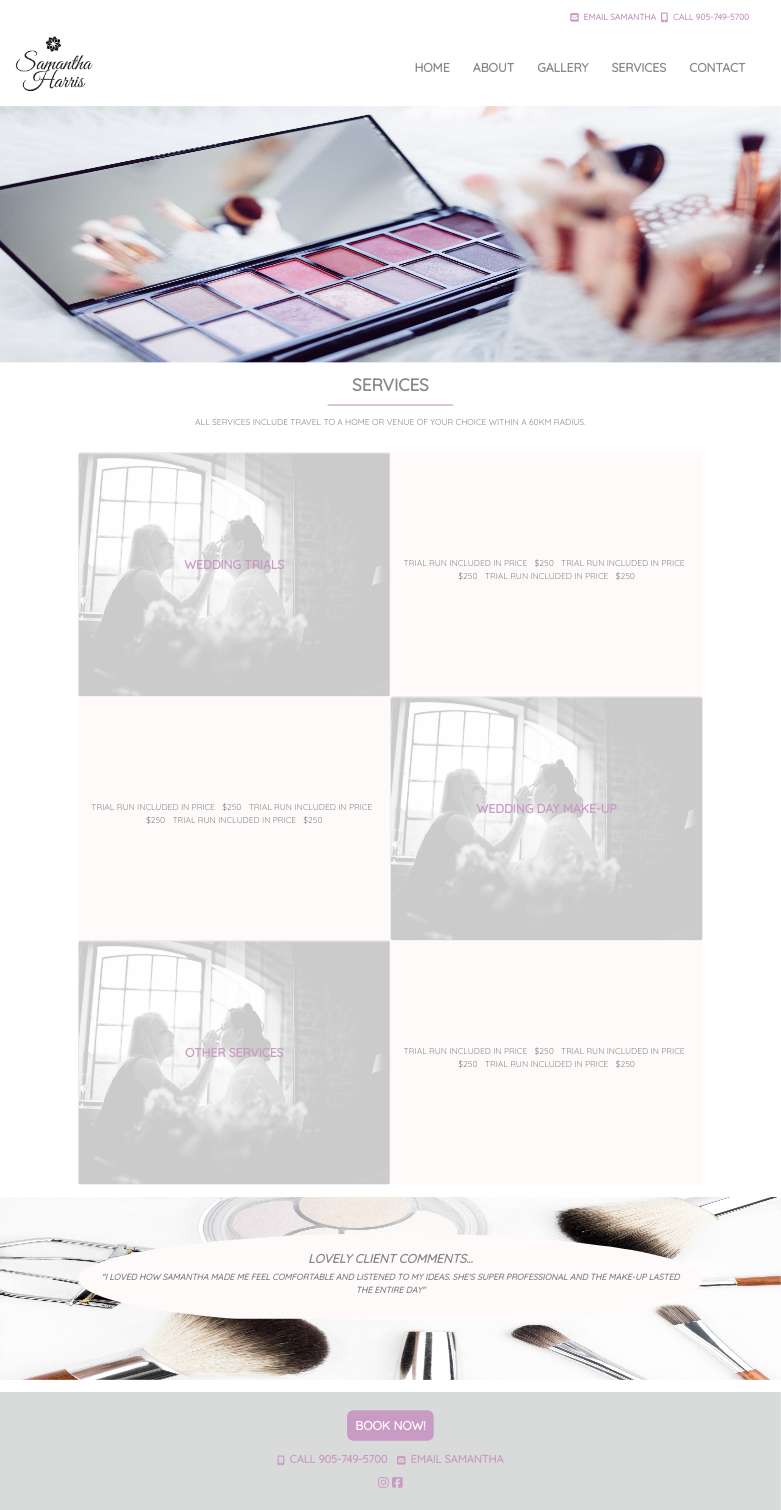
Repository: JayneyNix/milestone-1-UCFD
Page: services.html
The author's editor kept a record of every edit. The page is drawn from the files as they stood at one moment, then again after the next edit.
The browser window is 1280 px wide. The pictures show the whole page, at 61% of full size.
Some web libraries are served in a nearby version.

Above is the page before.

After the next edit:
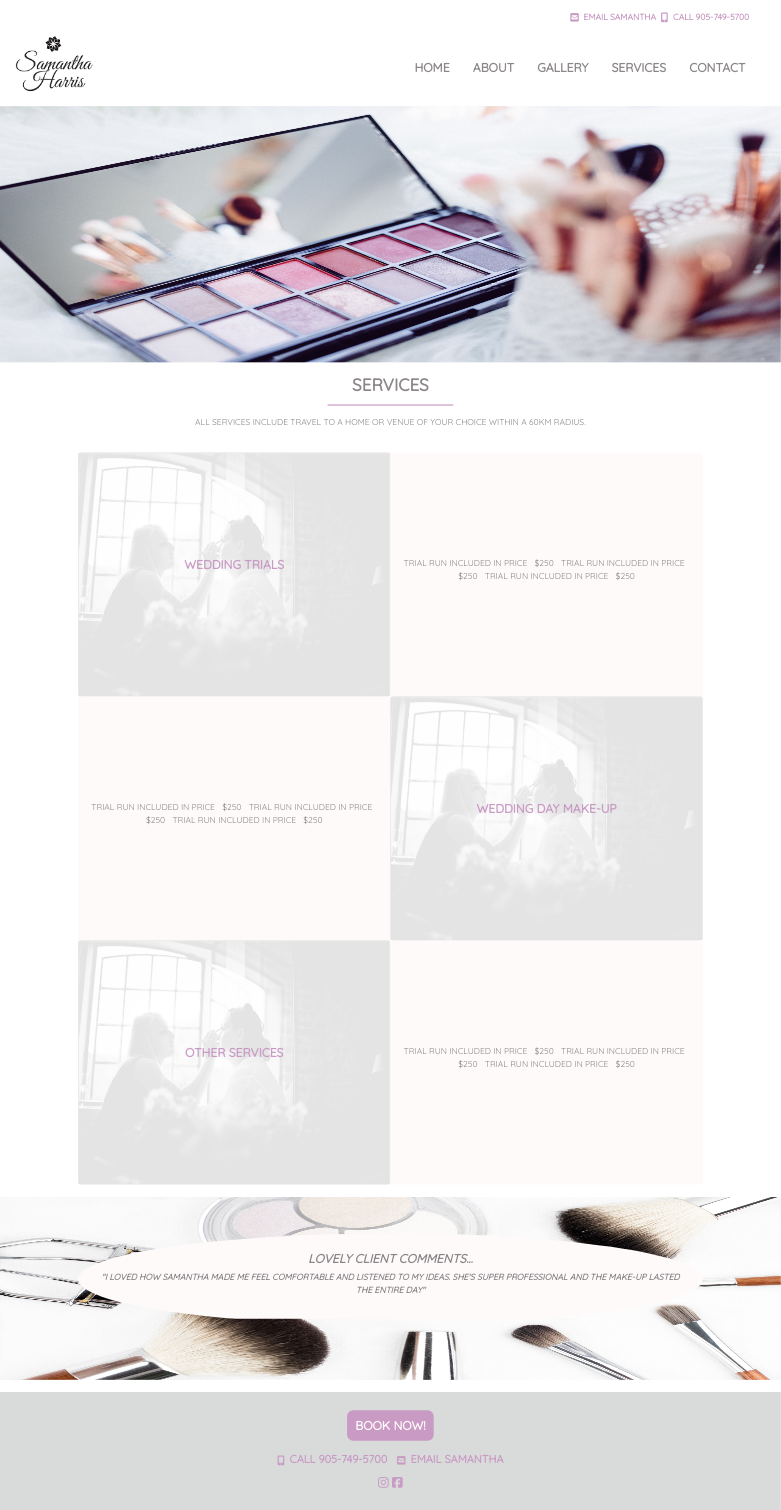
The edit:
--- a/Assets/style.css
+++ b/Assets/style.css
@@ -476,7 +476,7 @@
   .card-img {
     width: 100%;
     height:100%;
-    opacity: 0.2;
+    opacity: 0.1;
 }
 
 .card-img-overlay .card-title {
